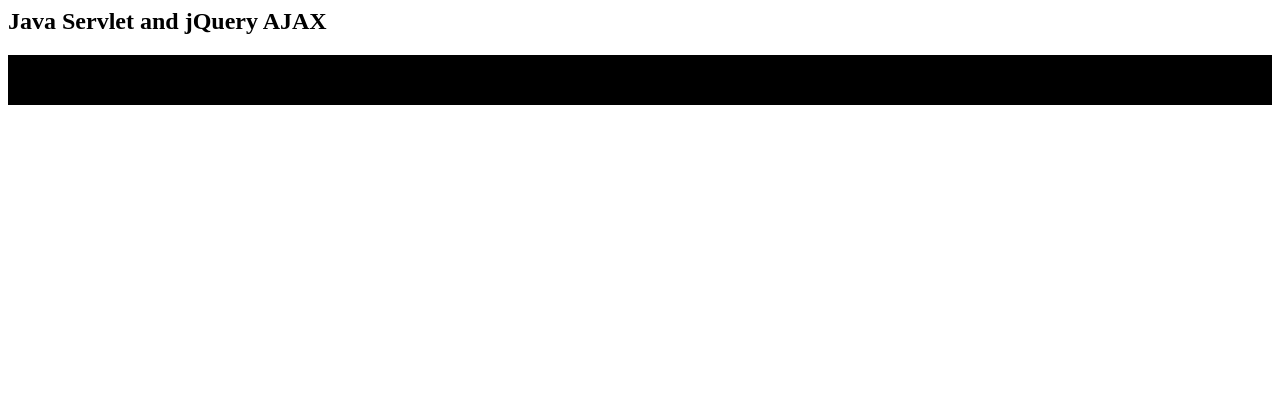
Repository: joliest/MyGits
Page: Java/Project_JIRA/JavaServletAndAJAX/WebContent/AJAXJava.html
These files come from the project's save history. The page is drawn as it stood at one moment and after the next save; the edit follows.
The browser window is 1280 px wide. The pictures show the whole page.

Above is the page before, as saved 2017-09-07 12:39:01.

### Java/Project_JIRA/JavaServletAndAJAX/WebContent/AJAXJava.html

<html>
	<head>
		<title>Java and jQuery AJAX</title>
		<style>
			#div1 {
				border: 25px solid black;
			}
		</style>
	</head>
	<body>
		<h2>Java Servlet and jQuery AJAX</h2>
		<div id="div1">

		</div>

	</body>
</html>

After the next save:
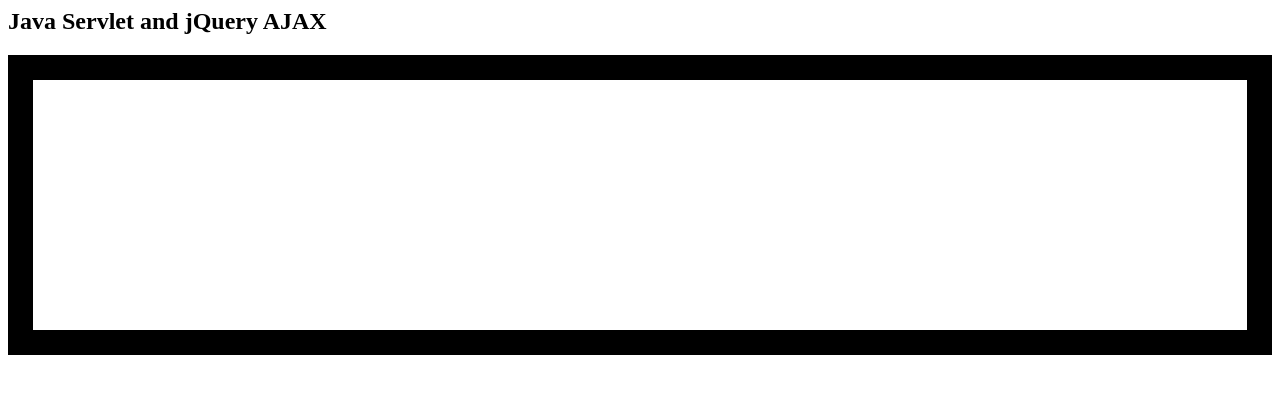
Saved 21 s later.
--- a/Java/Project_JIRA/JavaServletAndAJAX/WebContent/AJAXJava.html
+++ b/Java/Project_JIRA/JavaServletAndAJAX/WebContent/AJAXJava.html
@@ -4,7 +4,8 @@
 		<title>Java and jQuery AJAX</title>
 		<style>
 			#div1 {
-				border: 25px solid black;
+				border : 25px solid black;
+				height : 250px;
 			}
 		</style>
 	</head>
